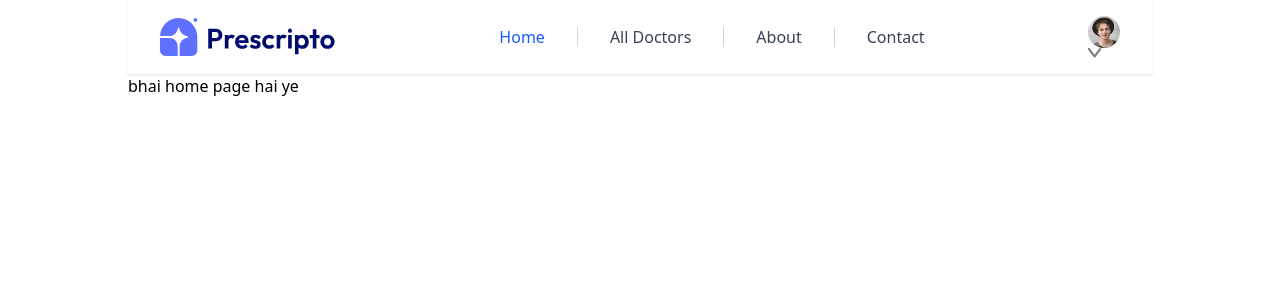
Repository: Pran2535/appointement_booking
Page: / (app in frontend/)
An editor plug-in stored every save of this project. The page is shown before and after the next save, followed by the edit.
The browser window is 1280 px wide. The pictures show the whole page.
The project was rebuilt for these pictures with package versions that can differ from the ones it lists, and the page was loaded fresh each time. Also part of the build but not shown: frontend/vite.config.js, frontend/src/pages/About.jsx, frontend/src/pages/MyAppointments.jsx, frontend/src/pages/Doctors.jsx, frontend/src/pages/Login.jsx, frontend/src/pages/Contact.jsx, frontend/src/pages/MyProfile.jsx, frontend/src/pages/Appointment.jsx.

Above is the page before, as saved 2025-02-14 21:41:05.

After the next save:
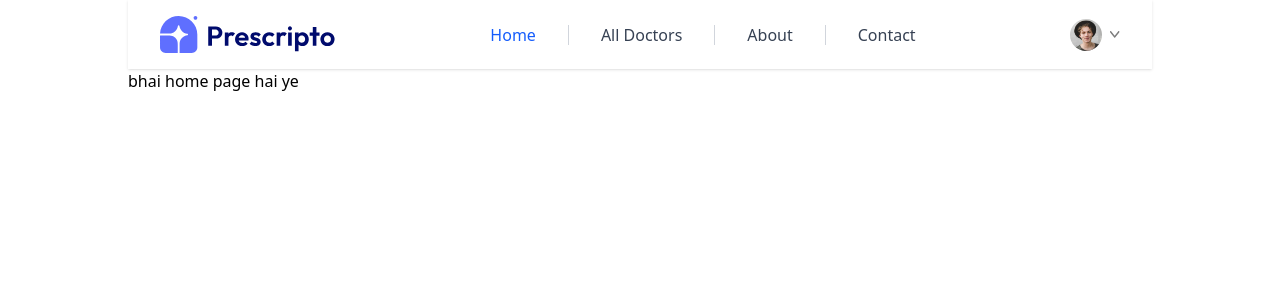
Saved 54 s later.
--- a/frontend/src/components/Navbar.jsx
+++ b/frontend/src/components/Navbar.jsx
@@ -54,9 +54,9 @@ const Navbar = () => {
         <div className="flex items-center gap-4">
             {
                 token?
-                <div>
+                <div className='flex items-center gap-2 cursor-pointer group-relative' >
                     <img className='w-8 rounded-full' src={assets.profile_pic} alt="" />
-                    <img src={assets.dropdown_icon} alt="" />
+                    <img className='w-2.5 ' src={assets.dropdown_icon} alt="" />
                 </div>
                 :
                  <button
